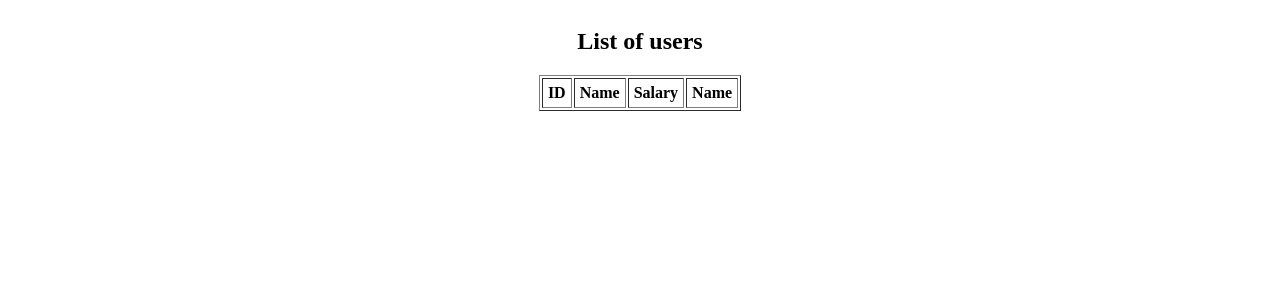
Repository: yashmodi2429/Programs
Page: http://localhost/Employee/showalldetails.jsp
The author's editor kept a copy of each file at every save. The page is drawn from the files as they stood at one save, then again after the next save.
The browser window is 1280 px wide. The pictures show the whole page.
The page is served by Tomcat 9. Other server files are loaded and not shown. Queries for data that is not in the repository find no rows.

Above is the page before, as saved 2019-02-26 08:03:17.

### Employee/WebContent/showalldetails.jsp
<%@ page language="java" contentType="text/html; charset=ISO-8859-1"
    pageEncoding="ISO-8859-1"%>

<!DOCTYPE html PUBLIC "-//W3C//DTD HTML 4.01 Transitional//EN" "http://www.w3.org/TR/html4/loose.dtd">
<html>
<head>
<meta http-equiv="Content-Type" content="text/html; charset=ISO-8859-1">
<title>Insert title here</title>
</head>
<body>
		<%@page import="com.employee.dao.implementation.*,com.employee.model.*,java.util.*"%>
<%@ taglib uri="http://java.sun.com/jsp/jstl/core" prefix="c"%>
<%@ taglib uri="http://java.sun.com/jsp/jstl/sql" prefix="sql" %>
<sql:setDataSource
        var="myDS"
        driver="com.mysql.jdbc.Driver"
        url="jdbc:mysql://localhost:3306/employee"
        user="root" password="yash"
    />

    <sql:query var="listUsers"   dataSource="${myDS}">
        SELECT * FROM employeetbl;
    </sql:query>

    <div align="center">
        <table border="1" cellpadding="5">
            <caption><h2>List of users</h2></caption>
            <tr>
                <th>ID</th>
                <th>Name</th>
                <th>Salary</th>
                <th>Name</th>
            </tr>
            <c:forEach var="user" items="${listUsers.rows}">
                <tr>
                    <td>${user.id}</td>
                    <td>${user.name}</td>
                </tr>
            </c:forEach>
        </table>
    </div>

</html>

After the next save:
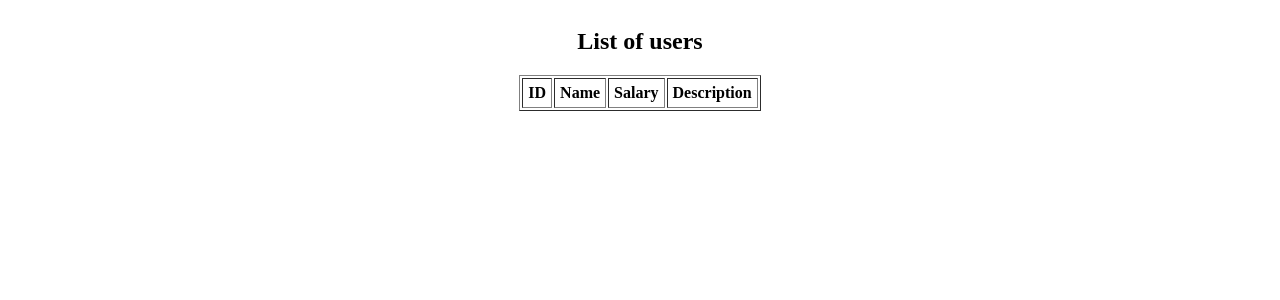
Saved 10 s later.
--- a/Employee/WebContent/showalldetails.jsp
+++ b/Employee/WebContent/showalldetails.jsp
@@ -29,7 +29,7 @@
                 <th>ID</th>
                 <th>Name</th>
                 <th>Salary</th>
-                <th>Name</th>
+                <th>Description</th>
             </tr>
             <c:forEach var="user" items="${listUsers.rows}">
                 <tr>
